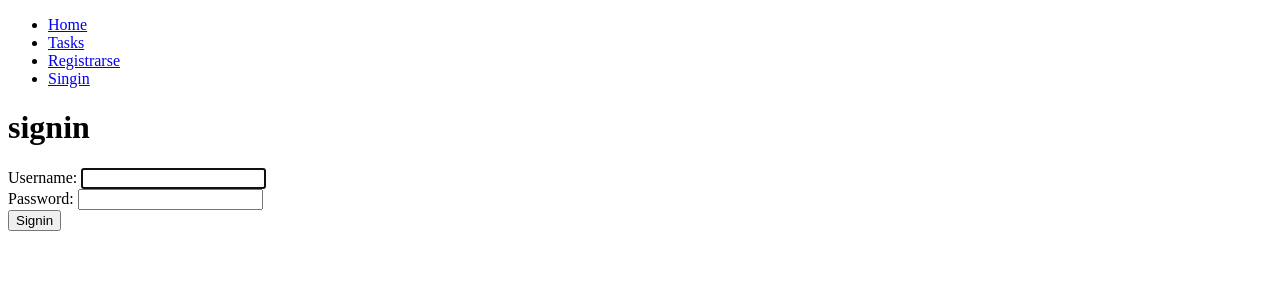
Repository: fercho9922/django-auth-crud
Page: http://localhost/signin/
These files come from the project's save history. The page is drawn as it stood at one moment and after the next save; the edit follows.
The browser window is 1280 px wide. The pictures show the whole page.
The page is served by the project's application, run on Django 5.2 (manage.py).

Above is the page before, as saved 2024-04-10 11:30:48.

After the next save:
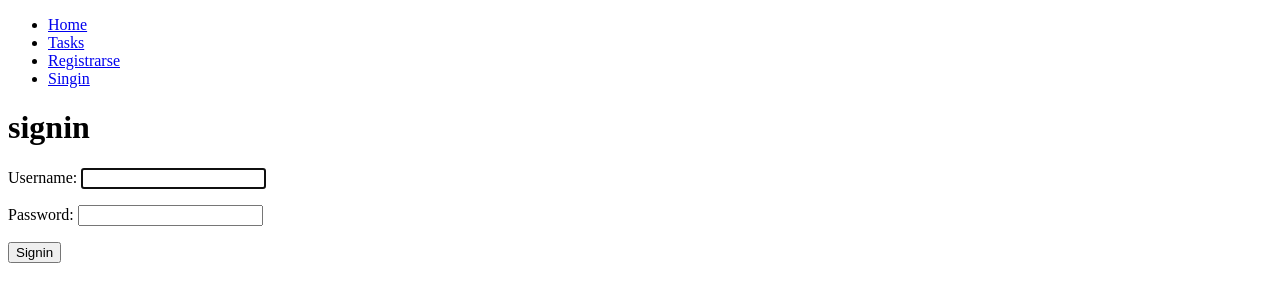
Saved 44 s later.
--- a/tasks/templates/signin.html
+++ b/tasks/templates/signin.html
@@ -5,7 +5,7 @@
 
 <form action="/signin/" method="POST">
     {% csrf_token %}
-    {{form}}
+    {{form.as_p}}
     <button>
         Signin
     </button>
